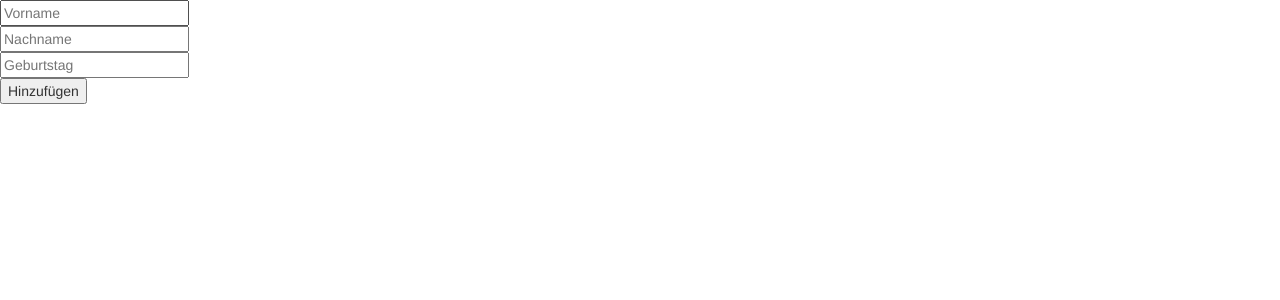
Repository: asdffdsa123/SA-Project
Page: SA-Webapp/WAR/index.html
The author's editor kept a copy of each file at every save. The page is drawn from the files as they stood at one save, then again after the next save.
The browser window is 1280 px wide. The pictures show the whole page.
Some web libraries are served in a nearby version.

Above is the page before, as saved 2013-11-24 13:59:55.

### SA-Webapp/WAR/index.html
<html>
	<head>
		<meta charset="utf-8">
		<link rel="stylesheet" href="//netdna.bootstrapcdn.com/bootstrap/3.0.2/css/bootstrap.min.css">
		<title>Wettkampf Registrierung</title>
	</head>
	<body>
		<form>
			<input type = "text" placeholder = "Vorname"/> <br/>
			<input type = "text" placeholder = "Nachname"/> <br/>
			<input type = "text" placeholder = "Geburtstag"/> <br/>
			<button type="submit">Hinzufügen</button>

		</form>
	</body>

</html>

After the next save:
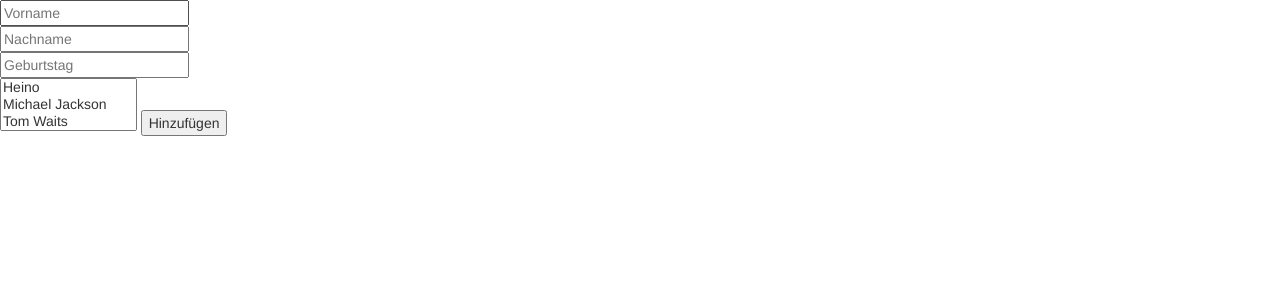
Saved 90 s later.
--- a/SA-Webapp/WAR/index.html
+++ b/SA-Webapp/WAR/index.html
@@ -9,6 +9,13 @@
 			<input type = "text" placeholder = "Vorname"/> <br/>
 			<input type = "text" placeholder = "Nachname"/> <br/>
 			<input type = "text" placeholder = "Geburtstag"/> <br/>
+			    <select name="top5" size="3">
+      <option>Heino</option>
+      <option>Michael Jackson</option>
+      <option>Tom Waits</option>
+      <option>Nina Hagen</option>
+      <option>Marianne Rosenberg</option>
+    </select>
 			<button type="submit">Hinzufügen</button>
 
 		</form>
